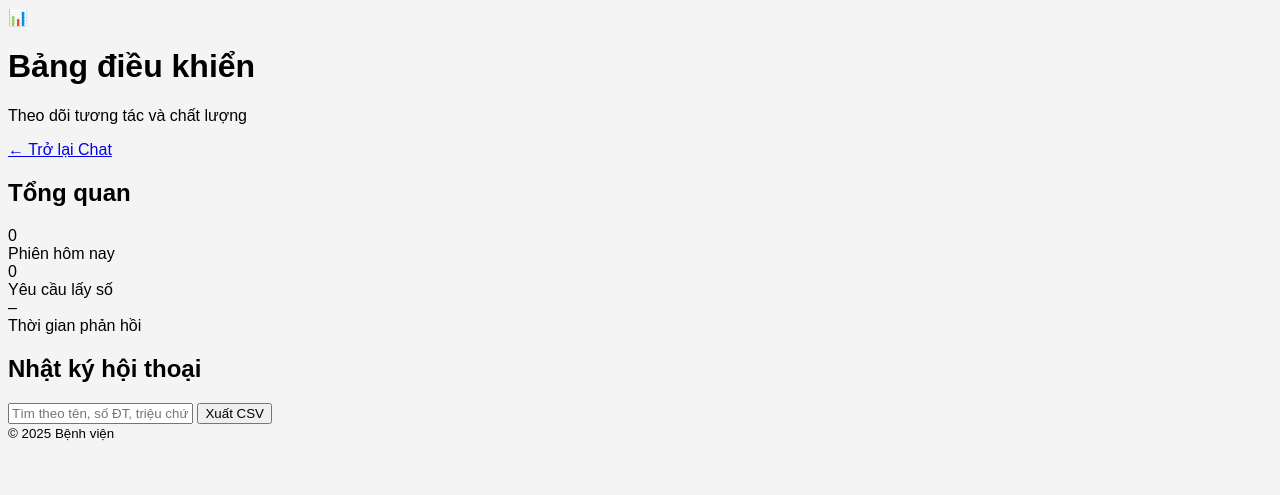
Repository: ititiu20201/MedicalChatbot
Page: frontend/admin.html
An editor plug-in stored every save of this project. The page is shown before and after the next save, followed by the edit.
The browser window is 1280 px wide. The pictures show the whole page.

Above is the page before, as saved 2025-09-12 01:06:26.
Console error: TypeError: Cannot read properties of null (reading 'addEventListener')

After the next save:
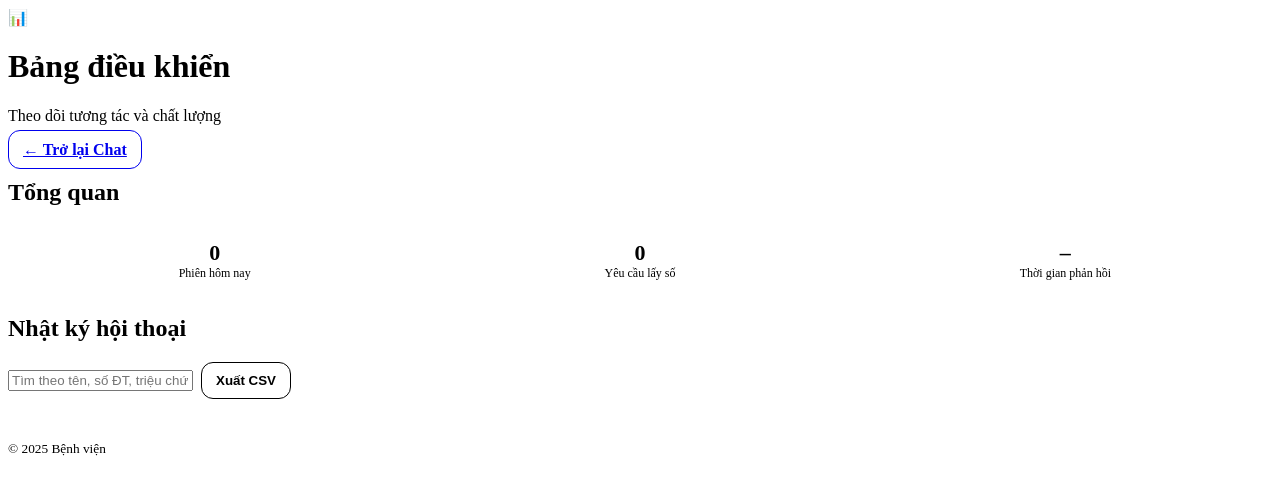
Saved 18 s later.
--- a/frontend/style.css
+++ b/frontend/style.css
@@ -1,27 +1,63 @@
-body {
-  font-family: Arial, sans-serif;
-  background: #f4f4f4;
+/* ====== Hospital-friendly theme (high contrast, large targets) ====== */
+
+
+/* Buttons */
+.btn { appearance: none; cursor: pointer; border: 1px solid transparent; border-radius: 12px; padding: 10px 14px; font-weight: 600; }
+.btn--primary { background: var(--primary); color: #fff; }
+.btn--primary:hover { background: var(--primary-600); }
+.btn--ghost { background: transparent; border-color: var(--outline); }
+.btn--ghost:hover { border-color: var(--primary); }
+.btn--outline { background: #fff; border-color: var(--primary); color: var(--primary); }
+.btn--outline:hover { background: rgba(31,122,224,.06); }
+.btn--block { width: 100%; }
+
+
+/* Chips */
+.chips { display: flex; flex-wrap: wrap; gap: 8px; }
+.chip { padding: 8px 12px; border: 1px solid var(--outline); background: #fff; border-radius: 999px; font: inherit; cursor: pointer; }
+.chip:hover { border-color: var(--primary); }
+
+
+/* Chat */
+.chat { height: 56vh; overflow: auto; padding: 8px; display: grid; gap: 10px; }
+.msg { display: grid; grid-template-columns: 36px 1fr; gap: 8px; align-items: start; }
+.msg__avatar { width: 36px; height: 36px; display: grid; place-items: center; background: #eef5ff; border-radius: 50%; }
+.msg__bubble { background: #f1f5f9; border-radius: 12px; padding: 10px 12px; }
+.msg--user .msg__avatar { background: #e7f6ef; }
+.msg--user .msg__bubble { background: #eaf8f2; }
+.msg__meta { margin-top: 4px; color: var(--muted); font-size: 12px; }
+
+
+/* Composer */
+.composer { margin-top: 8px; display: grid; grid-template-columns: 1fr auto; gap: 10px; align-items: end; }
+.composer__input { resize: none; min-height: 44px; max-height: 160px; border: 1px solid var(--outline); border-radius: 12px; padding: 10px 12px; font: inherit; background: #fff; }
+.composer__tools { display: flex; gap: 8px; align-items: center; }
+
+
+/* Right rail */
+.dept-list { list-style: none; padding: 0; margin: 0; display: grid; gap: 8px; }
+.dept { width: 100%; text-align: left; padding: 10px 12px; border-radius: 12px; border: 1px solid var(--outline); background: #fff; cursor: pointer; }
+.dept:hover { border-color: var(--primary); }
+
+
+/* Admin */
+.stats { display: grid; grid-template-columns: repeat(3, 1fr); gap: 12px; }
+.stat { background: #fff; border: 1px solid var(--outline); border-radius: 12px; padding: 14px; text-align: center; }
+.stat__num { font-size: 22px; font-weight: 800; }
+.stat__label { color: var(--muted); font-size: 12px; }
+.toolbar { display: flex; gap: 8px; align-items: center; }
+.log { margin-top: 12px; display: grid; gap: 8px; max-height: 60vh; overflow: auto; }
+.log__item { padding: 10px 12px; border: 1px solid var(--outline); border-radius: 12px; background: #fff; display: grid; gap: 4px; }
+.log__meta { color: var(--muted); font-size: 12px; }
+
+
+/* Footer */
+.site-footer { margin-top: 12px; color: var(--muted); }
+.footer__inner { padding: 16px 0; border-top: 1px solid var(--outline); }
+
+
+/* Motion (reduced for accessibility) */
+@media (prefers-reduced-motion: no-preference) {
+.msg__bubble { animation: pop .16s ease-out; }
+@keyframes pop { from { transform: scale(.98); opacity: .8 } to { transform: scale(1); opacity: 1 } }
 }
-
-#chat-container {
-  width: 500px;
-  margin: 30px auto;
-  padding: 20px;
-  background: white;
-  border-radius: 10px;
-  box-shadow: 0px 0px 10px #ccc;
-}
-
-#chat-box {
-  height: 300px;
-  overflow-y: auto;
-  border: 1px solid #ddd;
-  padding: 10px;
-  margin-bottom: 10px;
-}
-
-#user-input {
-  width: 100%;
-  height: 60px;
-  margin-bottom: 10px;
-}
